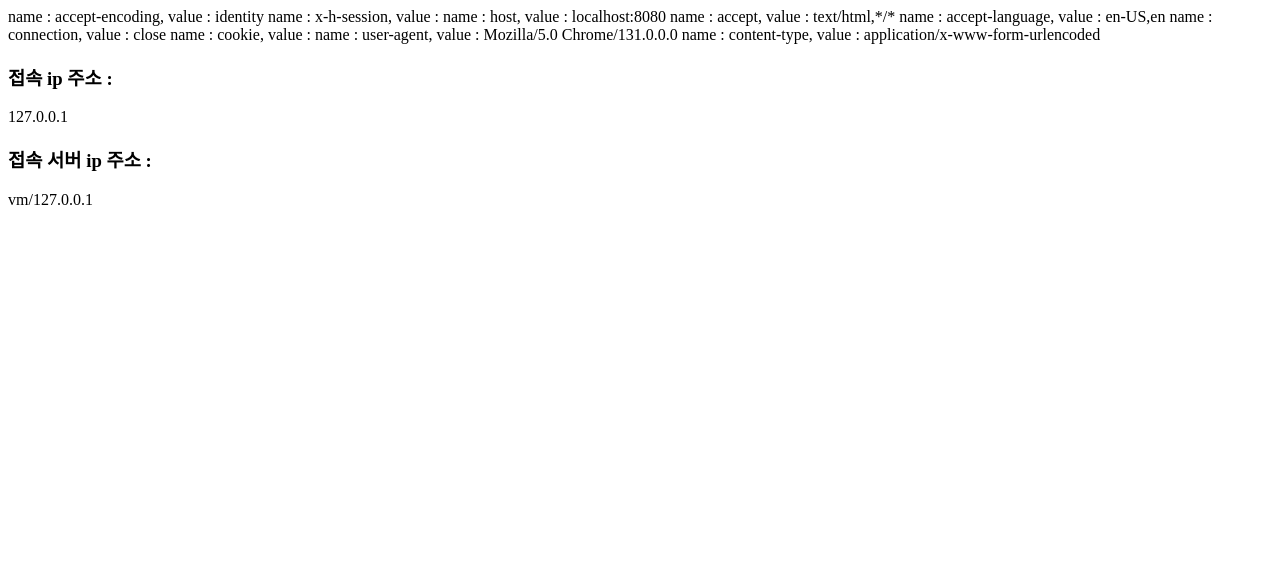
Repository: okgunyang/jsp
Page: http://localhost/practice02/02Header.jsp
An editor plug-in stored every save of this project. The page is shown before and after the next save, followed by the edit.
The browser window is 1280 px wide. The pictures show the whole page.
The page is served by Tomcat 9.

Above is the page before, as saved 2022-11-10 01:58:37.

After the next save:
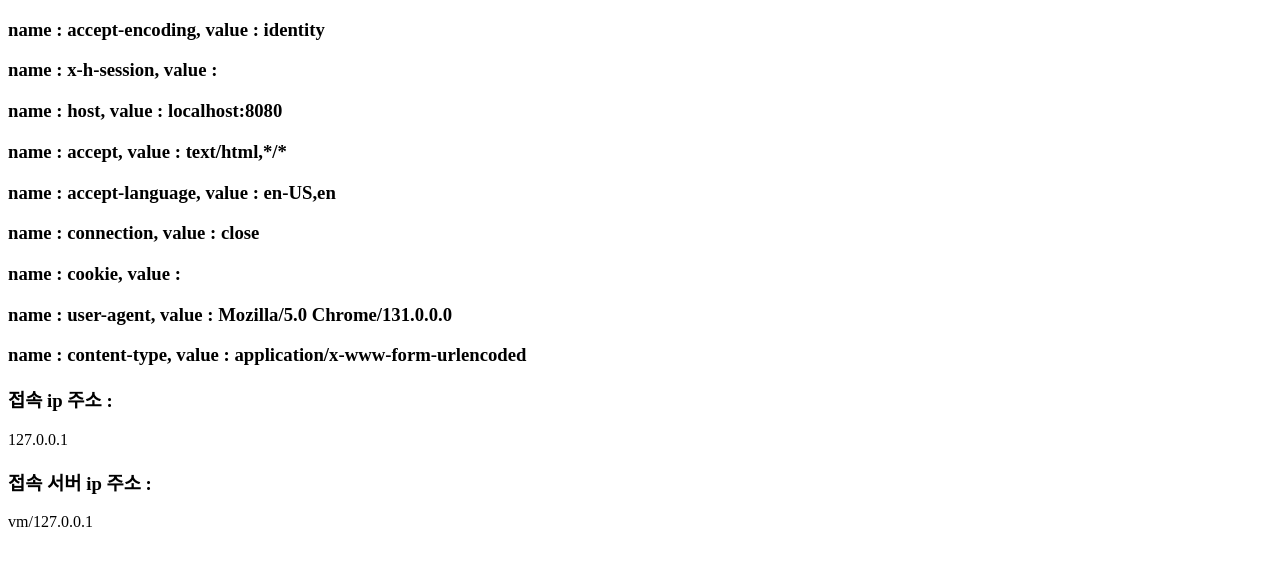
Saved 2 min 52 s later.
--- a/practice02/WebContent/02Header.jsp
+++ b/practice02/WebContent/02Header.jsp
@@ -17,7 +17,7 @@
 	while(e.hasMoreElements()){
 		String name = (String) e.nextElement();
 		String value = (String) request.getHeader(name);
-		out.println("name : "+name+", value : "+value);
+		out.println("<h3>name : "+name+", value : "+value+"</h3>");
 	}
 	out.println("<h3>접속 ip 주소 : </h3>"+request.getLocalAddr());
 	InetAddress ipaddr = InetAddress.getLocalHost();
